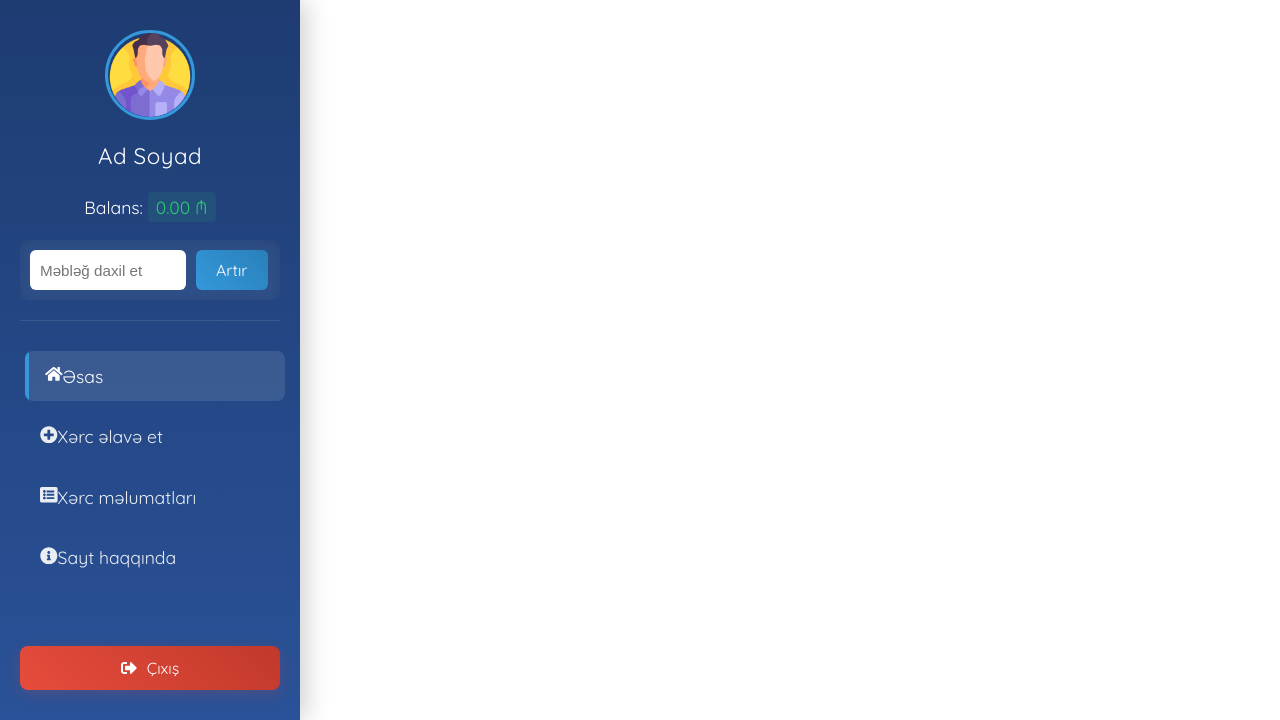
Repository: ferhadsultan98/financialmanagement
Page: /
These files come from the project's save history. The page is drawn as it stood at one moment and after the next save; the edit follows.
The browser window is 1280 px wide. The pictures show the whole page.
The project was rebuilt for these pictures with package versions that can differ from the ones it lists, and the page was loaded fresh each time. Also part of the build but not shown: vite.config.js, src/Components/Sidebar/ProfileModal.jsx, src/Pages/AddExpense/AddExpense.jsx, src/Pages/ExpenseDetails/ExpenseDetails.jsx, src/Pages/About/About.jsx, src/Components/Login/Login.jsx.

Above is the page before, as saved 2025-03-24 01:49:59.

After the next save:
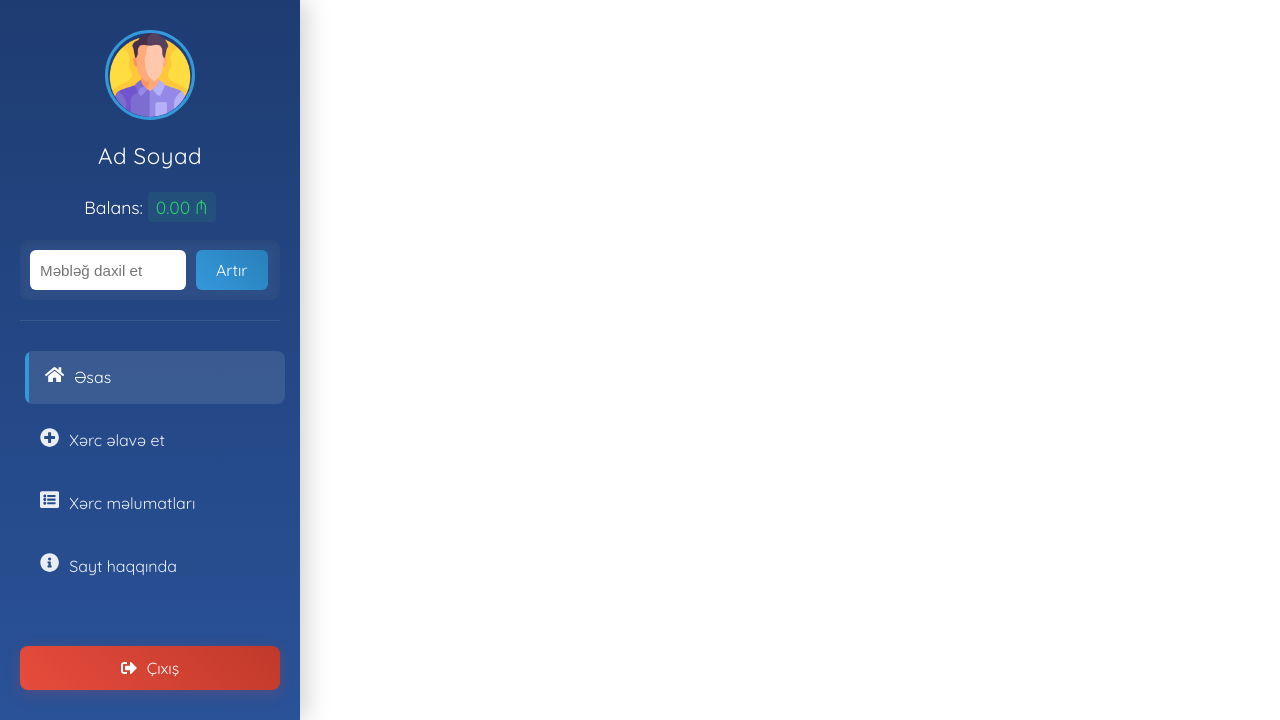
Saved 39 s later.
--- a/src/Styles/Sidebar.scss
+++ b/src/Styles/Sidebar.scss
@@ -200,6 +200,14 @@
 
               &.active {
                 font-weight: 600;
+              }
+              .nav-icon {
+                margin-right: 10px; /* Space between icon and label */
+                font-size: 1.2rem; /* Adjust icon size */
+              }
+
+              .nav-label {
+                font-size: 1rem; /* Adjust text size */
               }
             }
           }
